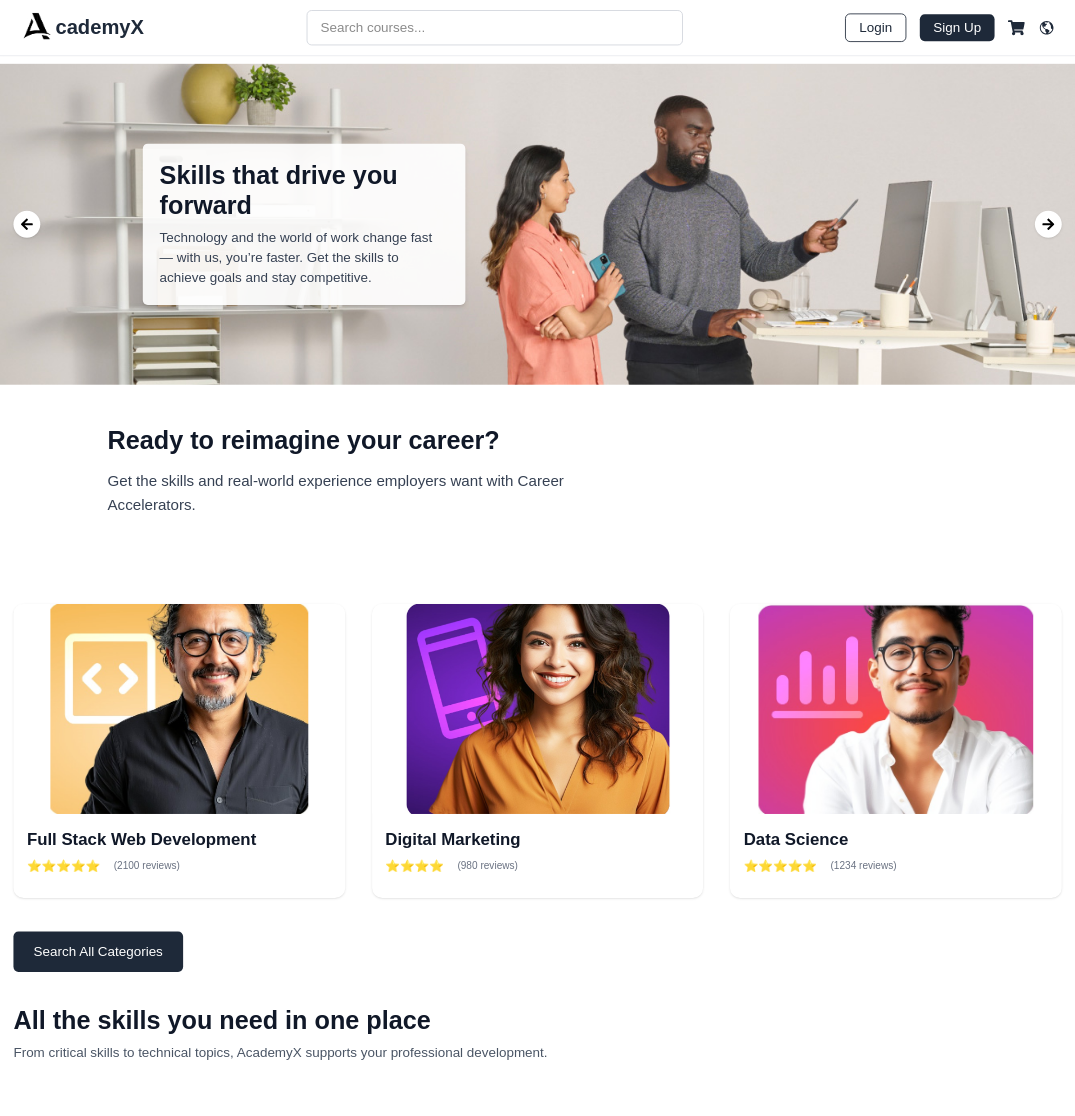
Repository: MohamedSalah54/full-stack-e-learning
Page: / (app in frontend/)
These files come from the project's save history. The page is drawn as it stood at one moment and after the next save; the edit follows.
The browser window is 1280 px wide. The pictures show the whole page, at 84% of full size.
The project was rebuilt for these pictures with package versions that can differ from the ones it lists, and the page was loaded fresh each time. The framework's server and built-in components were replaced by stand-ins that run in the browser. Also part of the build but not shown: frontend/next.config.ts.

Above is the page before, as saved 2025-06-15 14:29:55.

After the next save:
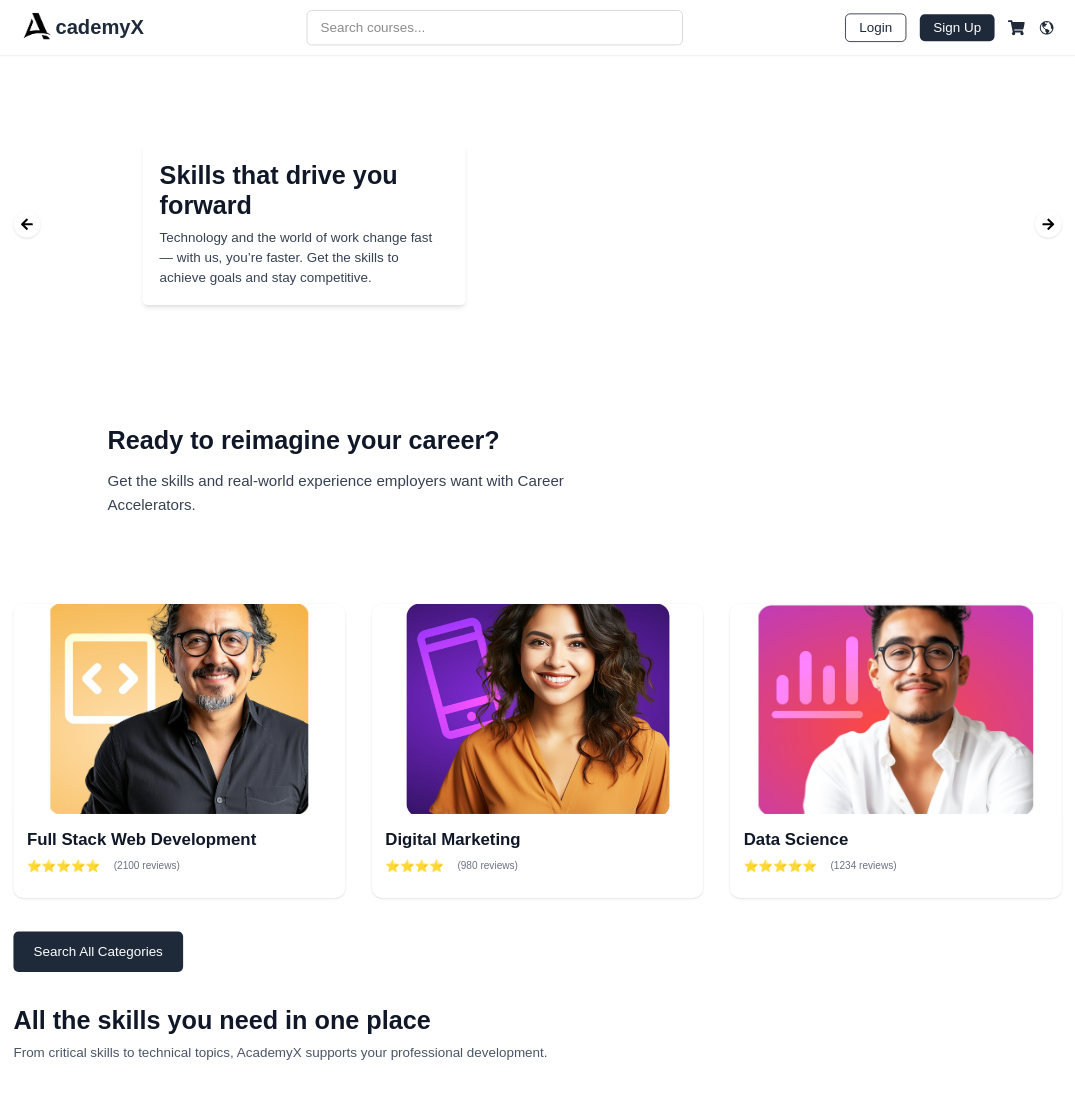
Saved 50 s later.
--- a/frontend/src/components/home/HeroBannerSlider.tsx
+++ b/frontend/src/components/home/HeroBannerSlider.tsx
@@ -18,56 +18,59 @@
   };
 
   return (
-    <>
-      <section className="w-full h-[400px] relative overflow-hidden bg-white">
-        {/* Image with transition */}
-        <div className="w-full h-full relative">
-          {slides.map((slide, index) => (
-            <img
-              key={index}
-              src={slide.image}
-              alt="Hero"
-              className={`absolute top-0 left-0 w-full h-full object-contain transition-opacity duration-700 ${index === current ? "opacity-100 z-10" : "opacity-0 z-0"
-                }`}
-            />
-          ))}
-        </div>
+ <>
+  <section className="w-full min-h-[300px] md:min-h-[400px] relative overflow-hidden bg-white">
+    {/* Image with transition */}
+    <div className="w-full h-full relative">
+      {slides.map((slide, index) => (
+        <img
+          key={index}
+          src={slide.image}
+          alt="Hero"
+          className={`absolute top-0 left-0 w-full h-full object-contain transition-opacity duration-700 ${index === current ? "opacity-100 z-10" : "opacity-0 z-0"
+            }`}
+        />
+      ))}
+    </div>
 
-        {/* Text box inside image */}
-        <div className="absolute top-1/2 left-[170px] transform -translate-y-1/2 z-30">
-          <div className="bg-white/90 p-5 rounded-md max-w-sm shadow-md">
-            <h1 className="text-2xl lg:text-3xl font-bold text-gray-900 mb-2">
-              {slides[current].title}
-            </h1>
-            <p className="text-gray-700 text-base">{slides[current].description}</p>
-          </div>
-        </div>
-
-        {/* Arrows */}
-        <button
-          onClick={prevSlide}
-          className="absolute top-1/2 left-4 transform -translate-y-1/2 bg-white text-black p-2 rounded-full shadow hover:bg-gray-200 z-40"
-        >
-          <FaArrowLeft />
-        </button>
-        <button
-          onClick={nextSlide}
-          className="absolute top-1/2 right-4 transform -translate-y-1/2 bg-white text-black p-2 rounded-full shadow hover:bg-gray-200 z-40"
-        >
-          <FaArrowRight />
-        </button>
-      </section>
-
-      {/* New text below the image section */}
-      <div className="w-full text-left py-10 bg-white pl-32">
-        <h1 className="text-3xl font-bold text-gray-900 mb-4">Ready to reimagine your career?</h1>
-        <p className="text-lg text-gray-700 max-w-xl">
-          Get the skills and real-world experience employers want with Career Accelerators.
+    {/* Text box inside image */}
+    <div className="absolute top-1/2 left-4 sm:left-10 md:left-20 lg:left-[170px] transform -translate-y-1/2 z-30">
+      <div className="bg-white/90 p-4 md:p-5 rounded-md max-w-xs md:max-w-sm shadow-md">
+        <h1 className="text-xl sm:text-2xl lg:text-3xl font-bold text-gray-900 mb-2">
+          {slides[current].title}
+        </h1>
+        <p className="text-sm sm:text-base text-gray-700">
+          {slides[current].description}
         </p>
       </div>
+    </div>
 
+    {/* Arrows */}
+    <button
+      onClick={prevSlide}
+      className="absolute top-1/2 left-2 sm:left-4 transform -translate-y-1/2 bg-white text-black p-2 rounded-full shadow hover:bg-gray-200 z-40"
+    >
+      <FaArrowLeft />
+    </button>
+    <button
+      onClick={nextSlide}
+      className="absolute top-1/2 right-2 sm:right-4 transform -translate-y-1/2 bg-white text-black p-2 rounded-full shadow hover:bg-gray-200 z-40"
+    >
+      <FaArrowRight />
+    </button>
+  </section>
 
-    </>
+  {/* Text below image */}
+  <div className="w-full text-left py-10 bg-white px-4 sm:px-8 md:px-20 lg:pl-32">
+    <h1 className="text-2xl sm:text-3xl font-bold text-gray-900 mb-4">
+      Ready to reimagine your career?
+    </h1>
+    <p className="text-base sm:text-lg text-gray-700 max-w-xl">
+      Get the skills and real-world experience employers want with Career Accelerators.
+    </p>
+  </div>
+</>
+
 
   );
 };

After the 3 saves that followed:
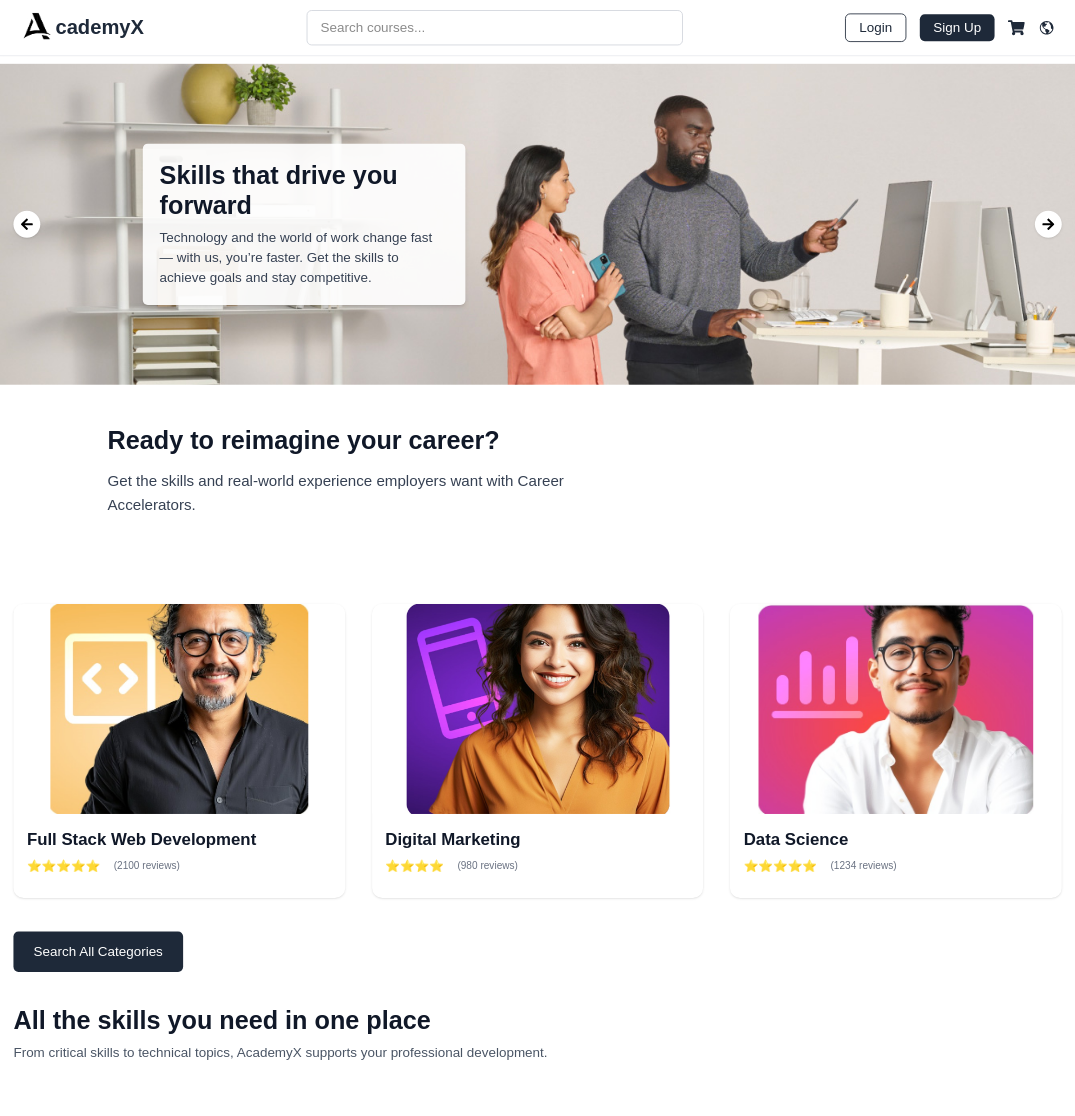
The 3 saves are shown as one change because 1 left the picture as it was and some came seconds apart.
The last was saved 64 s later.
--- a/frontend/src/components/home/HeroBannerSlider.tsx
+++ b/frontend/src/components/home/HeroBannerSlider.tsx
@@ -18,59 +18,56 @@
   };
 
   return (
- <>
-  <section className="w-full min-h-[300px] md:min-h-[400px] relative overflow-hidden bg-white">
-    {/* Image with transition */}
-    <div className="w-full h-full relative">
-      {slides.map((slide, index) => (
-        <img
-          key={index}
-          src={slide.image}
-          alt="Hero"
-          className={`absolute top-0 left-0 w-full h-full object-contain transition-opacity duration-700 ${index === current ? "opacity-100 z-10" : "opacity-0 z-0"
-            }`}
-        />
-      ))}
-    </div>
+    <>
+      <section className="w-full h-[400px] relative overflow-hidden bg-white">
+        {/* Image with transition */}
+        <div className="w-full h-full relative">
+          {slides.map((slide, index) => (
+            <img
+              key={index}
+              src={slide.image}
+              alt="Hero"
+              className={`absolute top-0 left-0 w-full h-full object-contain transition-opacity duration-700 ${index === current ? "opacity-100 z-10" : "opacity-0 z-0"
+                }`}
+            />
+          ))}
+        </div>
 
-    {/* Text box inside image */}
-    <div className="absolute top-1/2 left-4 sm:left-10 md:left-20 lg:left-[170px] transform -translate-y-1/2 z-30">
-      <div className="bg-white/90 p-4 md:p-5 rounded-md max-w-xs md:max-w-sm shadow-md">
-        <h1 className="text-xl sm:text-2xl lg:text-3xl font-bold text-gray-900 mb-2">
-          {slides[current].title}
-        </h1>
-        <p className="text-sm sm:text-base text-gray-700">
-          {slides[current].description}
+        {/* Text box inside image */}
+        <div className="absolute top-1/2 left-[170px] transform -translate-y-1/2 z-30">
+          <div className="bg-white/90 p-5 rounded-md max-w-sm shadow-md">
+            <h1 className="text-2xl lg:text-3xl font-bold text-gray-900 mb-2">
+              {slides[current].title}
+            </h1>
+            <p className="text-gray-700 text-base">{slides[current].description}</p>
+          </div>
+        </div>
+
+        {/* Arrows */}
+        <button
+          onClick={prevSlide}
+          className="absolute top-1/2 left-4 transform -translate-y-1/2 bg-white text-black p-2 rounded-full shadow hover:bg-gray-200 z-40"
+        >
+          <FaArrowLeft />
+        </button>
+        <button
+          onClick={nextSlide}
+          className="absolute top-1/2 right-4 transform -translate-y-1/2 bg-white text-black p-2 rounded-full shadow hover:bg-gray-200 z-40"
+        >
+          <FaArrowRight />
+        </button>
+      </section>
+
+      {/* New text below the image section */}
+      <div className="w-full text-left py-10 bg-white pl-32">
+        <h1 className="text-3xl font-bold text-gray-900 mb-4">Ready to reimagine your career?</h1>
+        <p className="text-lg text-gray-700 max-w-xl">
+          Get the skills and real-world experience employers want with Career Accelerators.
         </p>
       </div>
-    </div>
 
-    {/* Arrows */}
-    <button
-      onClick={prevSlide}
-      className="absolute top-1/2 left-2 sm:left-4 transform -translate-y-1/2 bg-white text-black p-2 rounded-full shadow hover:bg-gray-200 z-40"
-    >
-      <FaArrowLeft />
-    </button>
-    <button
-      onClick={nextSlide}
-      className="absolute top-1/2 right-2 sm:right-4 transform -translate-y-1/2 bg-white text-black p-2 rounded-full shadow hover:bg-gray-200 z-40"
-    >
-      <FaArrowRight />
-    </button>
-  </section>
 
-  {/* Text below image */}
-  <div className="w-full text-left py-10 bg-white px-4 sm:px-8 md:px-20 lg:pl-32">
-    <h1 className="text-2xl sm:text-3xl font-bold text-gray-900 mb-4">
-      Ready to reimagine your career?
-    </h1>
-    <p className="text-base sm:text-lg text-gray-700 max-w-xl">
-      Get the skills and real-world experience employers want with Career Accelerators.
-    </p>
-  </div>
-</>
-
+    </>
 
   );
 };
